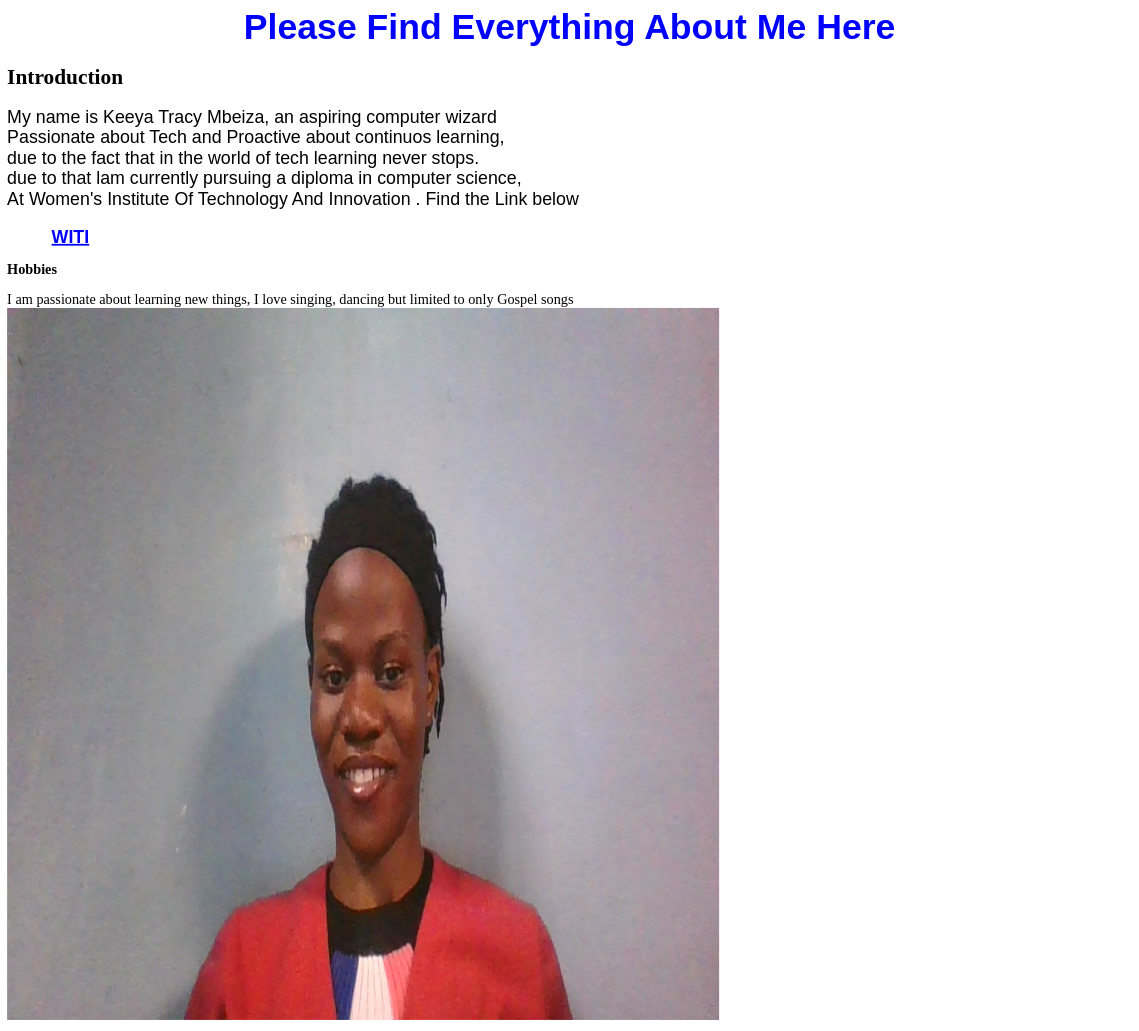
Repository: tracykeeya/my_first_web
Page: index.html
The author's editor kept a copy of each file at every save. The page is drawn from the files as they stood at one save, then again after the next save.
The browser window is 1280 px wide. The pictures show the whole page, at 89% of full size.

Above is the page before, as saved 2025-11-03 03:14:20.

### index.html
<!DOCTYPE html>
<html lang="en">
<head>
    <meta charset="UTF-8">
    <meta name="viewport" content="width=device-width, initial-scale=1.0">
    <title>My First Web Page</title>
</head>
<body>
    <h1 style="margin: 0 auto; text-align: center; color: blue; font-size: 40px; font-family: Arial, Helvetica, sans-serif;">Please Find Everything About Me Here</h1>
    <h2>Introduction</h2>

    <p style="font-size: 20px; font-family: Arial, Helvetica, sans-serif; text-align: left; color: rgb(0, 0, 0)">My name is Keeya Tracy Mbeiza, an aspiring computer wizard<br>Passionate about Tech and Proactive about continuos learning,<br> due to the fact that in the world of tech learning never stops.<br> due to that lam currently pursuing a diploma in computer science,<br>
        At Women's Institute Of Technology And Innovation . Find the Link below </br></p>
    <a href="https://www.witi.ac.ug/" style="position: relative; left: 50px; color: rgb(0, 0, 255); font-size: 20px; font-family: Arial, Helvetica, sans-serif"><b>WITI</b></a>

    <p><b>Hobbies</b></p>
    I am passionate about learning new things,
    I love singing, dancing but limited to only Gospel songs


    <!-- <img src="https://www.witi.ac.ug/wp-content/uploads/2020/08/WhatsApp-Image-2020-08-14-at-11.16.16-AM.jpeg" alt=""> -->
    <img src="/Tracy.jpg " alt="" width="800" height="800";>

</body>
</html>

After the next save:
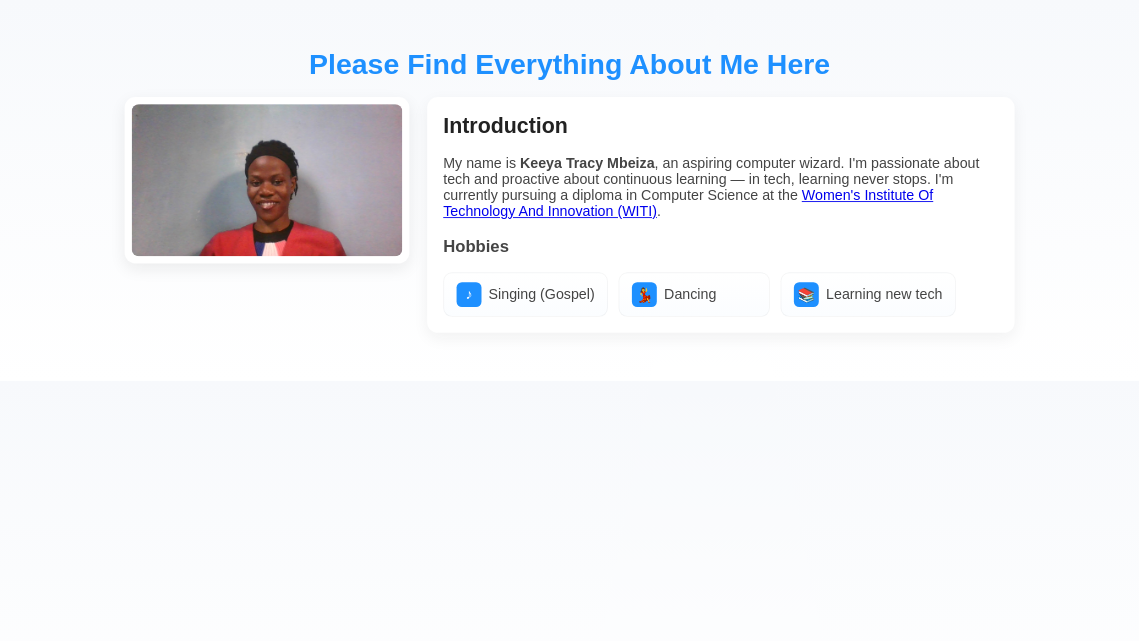
Saved 7 h 9 min later.
--- a/index.html
+++ b/index.html
@@ -4,22 +4,109 @@
     <meta charset="UTF-8">
     <meta name="viewport" content="width=device-width, initial-scale=1.0">
     <title>My First Web Page</title>
+    <style>
+        :root{
+            --accent: #1e90ff;
+            --muted: #444;
+            --bg: #f7f9fc;
+            --card: #ffffff;
+            --radius: 12px;
+        }
+        body{
+            font-family: Arial, Helvetica, sans-serif;
+            margin: 0;
+            color: var(--muted);
+            background: linear-gradient(180deg, var(--bg), #ffffff);
+            -webkit-font-smoothing:antialiased;
+        }
+        .container{
+            max-width: 1000px;
+            margin: 30px auto;
+            padding: 24px;
+        }
+        header h1{
+            margin: 0 0 18px 0;
+            text-align: center;
+            color: var(--accent);
+            font-size: 32px;
+        }
+        .profile{
+            display: grid;
+            grid-template-columns: 320px 1fr;
+            gap: 20px;
+            align-items: start;
+        }
+        .avatar{
+            background: var(--card);
+            border-radius: var(--radius);
+            padding: 8px;
+            box-shadow: 0 6px 18px rgba(30,30,30,0.08);
+            text-align: center;
+        }
+        .avatar img{
+            width: 100%;
+            height: auto;
+            border-radius: 8px;
+            display: block;
+        }
+        .intro{
+            background: var(--card);
+            padding: 18px;
+            border-radius: var(--radius);
+            box-shadow: 0 6px 18px rgba(30,30,30,0.06);
+        }
+        .intro h2{ margin-top: 0; color: #222 }
+        .hobbies{
+            margin-top: 12px;
+            display: flex;
+            gap: 12px;
+            flex-wrap: wrap;
+        }
+        .hobby{
+            background: linear-gradient(180deg, #fff, #fbfdff);
+            border: 1px solid rgba(0,0,0,0.04);
+            padding: 10px 14px;
+            border-radius: 10px;
+            display: flex;
+            gap: 8px;
+            align-items: center;
+            min-width: 140px;
+        }
+        .hobby .icon{
+            width: 28px; height: 28px; display: inline-grid; place-items: center;
+            background: var(--accent); color: white; border-radius: 6px; font-weight: bold;
+        }
+        @media (max-width: 760px){
+            .profile{ grid-template-columns: 1fr; }
+            .avatar{ order: -1 }
+        }
+    </style>
 </head>
 <body>
-    <h1 style="margin: 0 auto; text-align: center; color: blue; font-size: 40px; font-family: Arial, Helvetica, sans-serif;">Please Find Everything About Me Here</h1>
-    <h2>Introduction</h2>
+    <div class="container">
+        <header>
+            <h1>Please Find Everything About Me Here</h1>
+        </header>
 
-    <p style="font-size: 20px; font-family: Arial, Helvetica, sans-serif; text-align: left; color: rgb(0, 0, 0)">My name is Keeya Tracy Mbeiza, an aspiring computer wizard<br>Passionate about Tech and Proactive about continuos learning,<br> due to the fact that in the world of tech learning never stops.<br> due to that lam currently pursuing a diploma in computer science,<br>
-        At Women's Institute Of Technology And Innovation . Find the Link below </br></p>
-    <a href="https://www.witi.ac.ug/" style="position: relative; left: 50px; color: rgb(0, 0, 255); font-size: 20px; font-family: Arial, Helvetica, sans-serif"><b>WITI</b></a>
+        <section class="profile">
+            <div class="avatar">
+                <!-- local image file Tracy.jpg in the project root -->
+                <img src="Tracy.jpg" alt="Tracy portrait">
+            </div>
 
-    <p><b>Hobbies</b></p>
-    I am passionate about learning new things,
-    I love singing, dancing but limited to only Gospel songs
+            <div class="intro">
+                <h2>Introduction</h2>
+                <p>My name is <strong>Keeya Tracy Mbeiza</strong>, an aspiring computer wizard. I'm passionate about tech and proactive about continuous learning — in tech, learning never stops. I'm currently pursuing a diploma in Computer Science at the <a href="https://www.witi.ac.ug/" target="_blank" rel="noopener">Women's Institute Of Technology And Innovation (WITI)</a>.</p>
 
-
-    <!-- <img src="https://www.witi.ac.ug/wp-content/uploads/2020/08/WhatsApp-Image-2020-08-14-at-11.16.16-AM.jpeg" alt=""> -->
-    <img src="/Tracy.jpg " alt="" width="800" height="800";>
+                <h3>Hobbies</h3>
+                <div class="hobbies" aria-label="list of hobbies">
+                    <div class="hobby"><span class="icon">♪</span><span>Singing (Gospel)</span></div>
+                    <div class="hobby"><span class="icon">💃</span><span>Dancing</span></div>
+                    <div class="hobby"><span class="icon">📚</span><span>Learning new tech</span></div>
+                </div>
+            </div>
+        </section>
+    </div>
 
 </body>
 </html>
